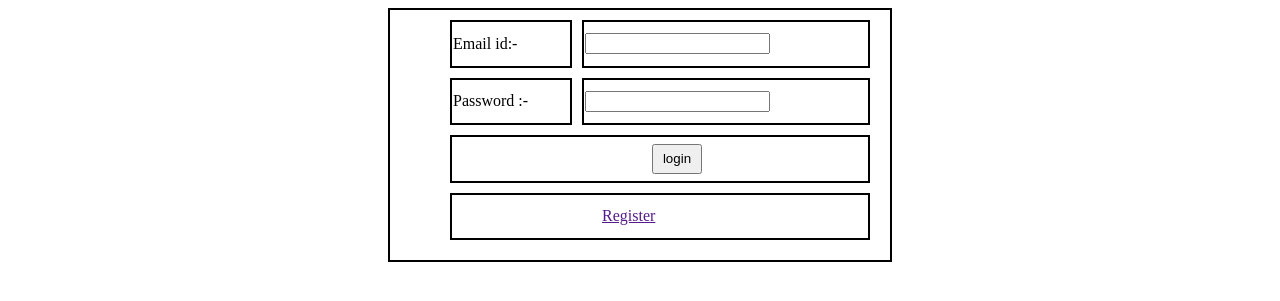
Repository: ShivrajMPujari/ServletApplication
Page: LoginReg/WebContent/index.html
These files come from the project's save history. The page is drawn as it stood at one moment and after the next save; the edit follows.
The browser window is 1280 px wide. The pictures show the whole page.

Above is the page before, as saved 2018-07-09 06:15:39.

### LoginReg/WebContent/index.html
<!DOCTYPE html>
<html>
<head>
<meta charset="UTF-8">
<title>Insert title here</title>
<link rel="stylesheet" href="index.css"/>
</head>
<body>

<div class="tableDiv">
<form action="">
<table class="loginTabel" cellspacing="10">
<tr>
	<td> Email id:- </td> <td> <input type="email" /></td>
</tr>

<tr>
	<td>Password :- </td> <td> <input type="password" /> </td>
</tr>

<tr>
<td colspan="2"  class="submitButton"  > <input class="btn"type="submit" value="login" /></td>
</tr>

<tr>
<td colspan="2" class="register"> <a href="">Register</a></td>
</tr>
</table>
</form>
</div>
</body>
</html>

### LoginReg/WebContent/index.css
@CHARSET "UTF-8";

.tableDiv{
	height:250px;
	width:500px;
	margin:auto;
	border:2px solid black;
}
.loginTabel{

	height:240px;
	width:480px;
	margin:auto;
	padding-left: 40px;
}
tr,td{
	height: 35px;
	border:2px solid black;
}
.submitButton{
	padding-left:200px;

}
.btn{
	height: 30px;
	width:50px;
}
.register{

	padding-left:150px;
}

After the next save:
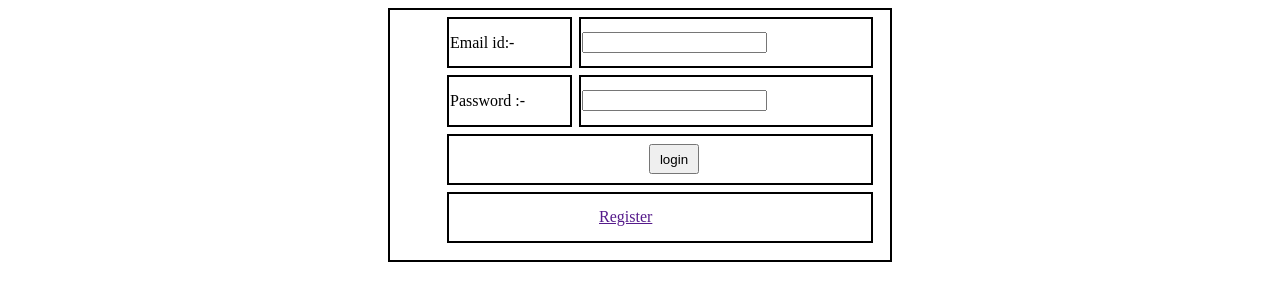
Saved 45 s later.
--- a/LoginReg/WebContent/index.html
+++ b/LoginReg/WebContent/index.html
@@ -9,7 +9,7 @@
 
 <div class="tableDiv">
 <form action="">
-<table class="loginTabel" cellspacing="10">
+<table class="loginTabel" cellspacing="7">
 <tr>
 	<td> Email id:- </td> <td> <input type="email" /></td>
 </tr>

After the save that followed:
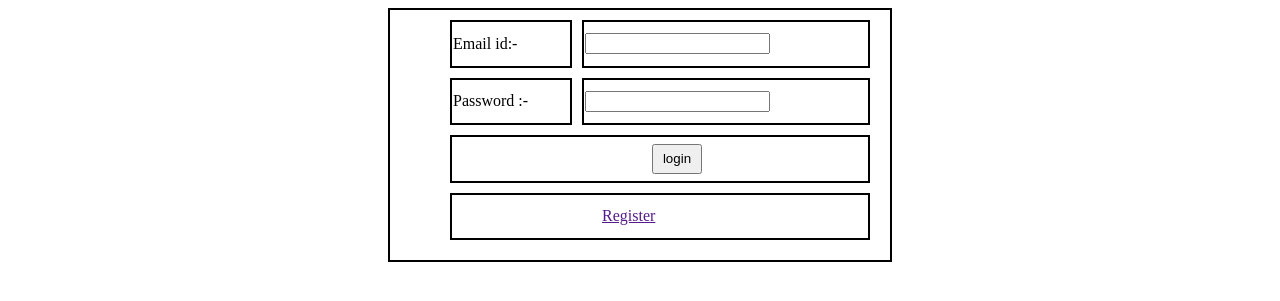
Saved 18 s later.
--- a/LoginReg/WebContent/index.html
+++ b/LoginReg/WebContent/index.html
@@ -9,7 +9,7 @@
 
 <div class="tableDiv">
 <form action="">
-<table class="loginTabel" cellspacing="7">
+<table class="loginTabel" cellspacing="10">
 <tr>
 	<td> Email id:- </td> <td> <input type="email" /></td>
 </tr>
